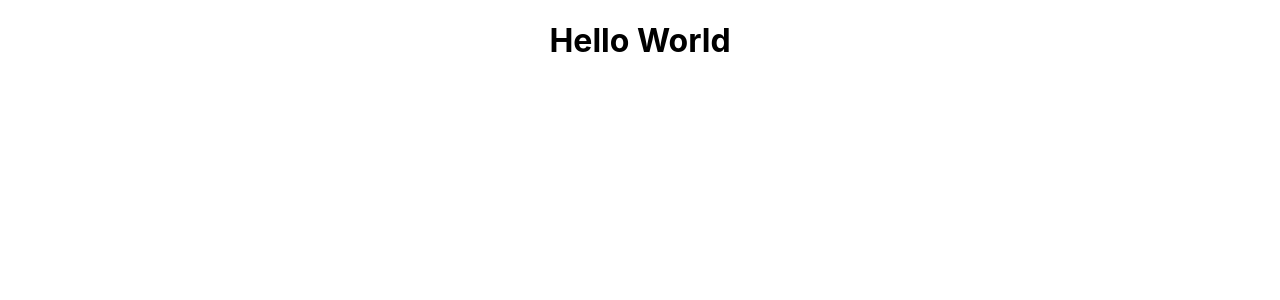
Repository: DeepikaSuretek/React
Page: / (app in practice-app/)
The author's editor kept a copy of each file at every save. The page is drawn from the files as they stood at one save, then again after the next save.
The browser window is 1280 px wide. The pictures show the whole page.
The project was rebuilt for these pictures with package versions that can differ from the ones it lists, and the page was loaded fresh each time.

Above is the page before, as saved 2024-07-08 16:57:43.

After the next save:
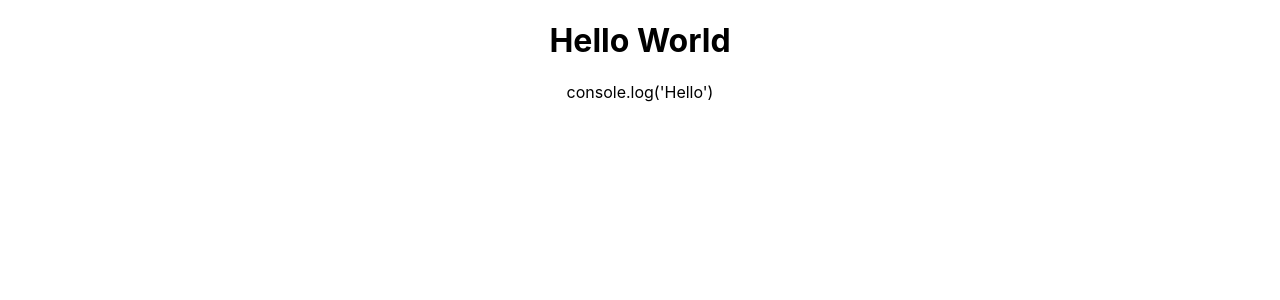
Saved 26 s later.
--- a/practice-app/src/class-component/class.js
+++ b/practice-app/src/class-component/class.js
@@ -3,7 +3,7 @@
 class User extends Component{
     render(){
         return(
-           <div>{console.log('Hello')}</div>
+           <div>console.log('Hello')</div>
         )
     }
 }

After the save that followed:
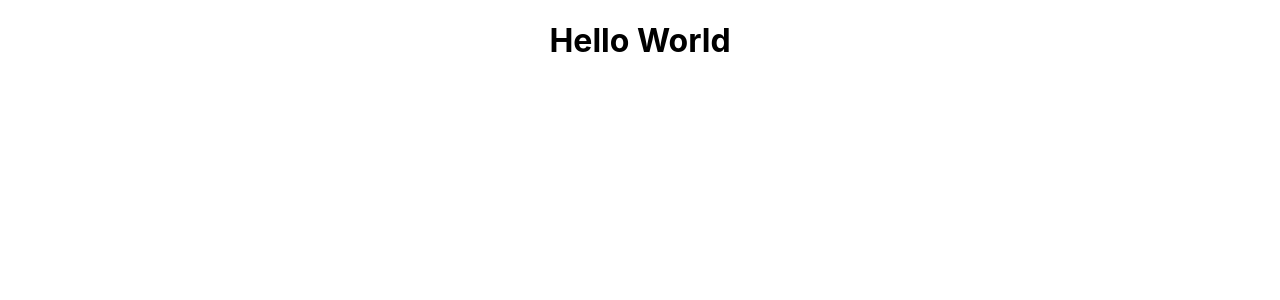
Saved 13 s later.
--- a/practice-app/src/class-component/class.js
+++ b/practice-app/src/class-component/class.js
@@ -3,7 +3,7 @@
 class User extends Component{
     render(){
         return(
-           <div>console.log('Hello')</div>
+           <div>{console.log('Hello')}</div>
         )
     }
 }
